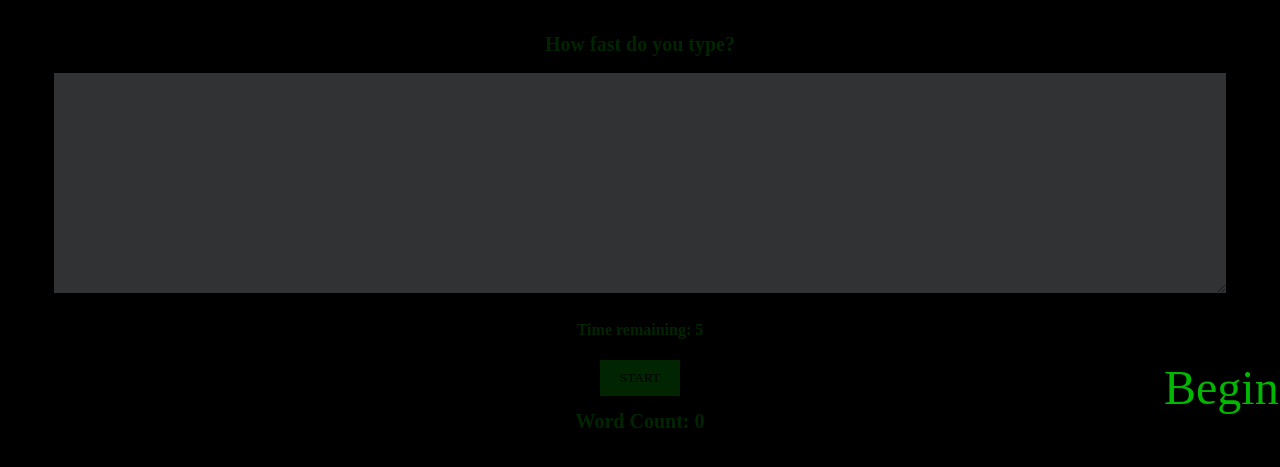
Repository: Lakshyyaa/Speed-Test
Page: /, after clicking the first element matching `button`
The author's editor kept a copy of each file at every save. The page is drawn from the files as they stood at one save, then again after a run of saves.
The browser window is 1280 px wide. The pictures show the whole page.
The page's requests for data from a server got no answer. The project was rebuilt for these pictures with package versions that can differ from the ones it lists, and the page was loaded fresh each time. No one was signed in, and anything a server would have sent is missing. Also part of the build but not shown: src/Logic.js.

Above is the page before, as saved 2023-04-05 15:45:49.

### src/index.js
import React from 'react';
import ReactDOM from 'react-dom/client';
import App from './App';
import reportWebVitals from './reportWebVitals';
import styles from './styles.css'
const root = ReactDOM.createRoot(document.getElementById('root'));
root.render(
  //<React.StrictMode>
    <App />
  //</React.StrictMode>
);
reportWebVitals();

### src/App.js
// correct its css for speed tester
import React, { useState, useEffect, useRef, useContext } from "react";
import Logic from "./Logic";
function App(props) {
  const { handleChange, text, start, areaRef, time, handleStart, count } = Logic()
  const [timerText, setTimerText] = useState(5)
  const [words, setWords]=useState([])
  const countdowndiv = useRef(null)
  const maindiv = useRef(null)
  const countdown = () => {
    countdowndiv.current.style.display = 'block'
    maindiv.current.style.opacity = '0.2'
    timerLoop(5)
  }
  useEffect(() => {
    fetch('https://random-word-api.herokuapp.com/word?number=10')
      .then(x => x.json())
      .then(y => console.log(y))
  },[words])
  function timerLoop(i) {
    if (i > 0) {
      setTimerText(i)
      setTimeout(() => {
        i--
        timerLoop(i)
      }, 1000)
    }
    else if (i === 0) {
      handleStart();
      countdowndiv.current.style.display = 'none'
      maindiv.current.style.opacity = '1'
    }
  }
  return (
    <div>
      <div className="countdown" ref={countdowndiv}>
        Begins in: {timerText}
      </div>
      <div ref={maindiv}>
        <h1>How fast do you type?</h1>
        <textarea
          onChange={handleChange}
          value={text}
          disabled={!start}
          ref={areaRef}

        />
        <h4>Time remaining: {time}</h4>
        <button onClick={() => countdown()} disabled={start}>Start</button>
        {/* cant directly call the wordCount here like handleChange because event listener automatically passes the e */}
        <h1>Word Count: {count}</h1>
      </div>
    </div>
  )
}
export default App;

### src/styles.css
html,
body {
    background: black;
    color: #00b800;
    margin: 0;
    padding: 0;
    padding-top: 10px;
    text-align: center;
    font-family: 'Press Start 2P', cursive;
}

.countdown {
    z-index: 20;
    position: fixed;
    top: 50%;
    left: 50%;
    /* transform: translate(-50%, -50%); */
    font-size: 3rem;
    display: none;
    height: 100%;
    width: 100%;
}

body {
    font-weight: 400;
}

button {
    font-family: 'Press Start 2P', cursive;
    display: block;
    margin: 0 auto;
    border: none;
    background: #a80020;
    background: #00b800;
    padding: 10px 20px;
    text-transform: uppercase;
}

h1 {
    font-size: 20px;
}

textarea {
    font-family: 'Press Start 2P', cursive;
    border: 3px solid black;
    width: 90%;
    margin: 0 auto;
    outline: none;
    height: 200px;
    background: #00b800;
    padding: 10px;
}

button:disabled {
    background-color: aliceblue;
}

textarea:disabled {
    background-color: aliceblue;
}

Loaded but not shown: src/reportWebVitals.js (common file)

After the next 2 saves:
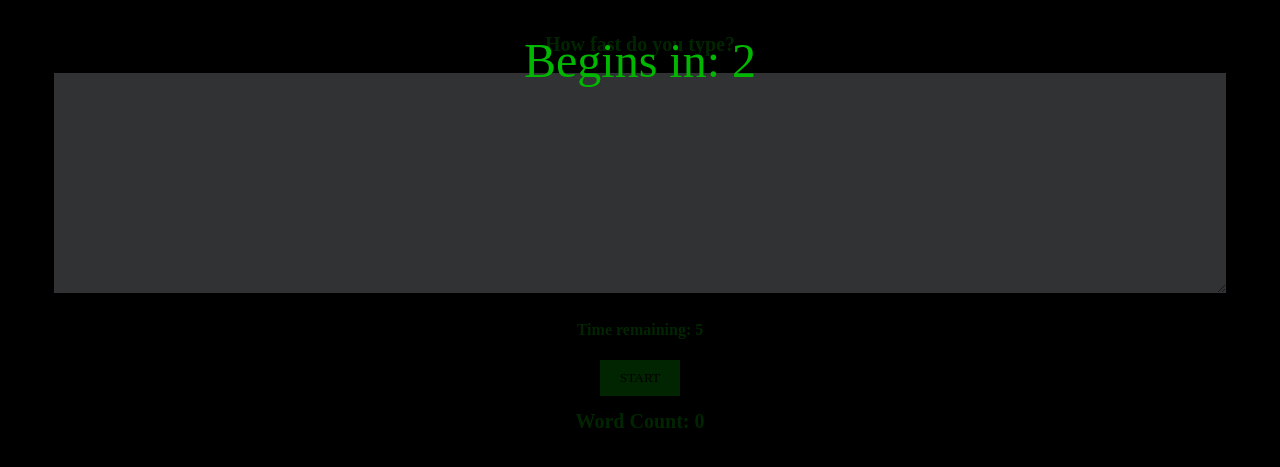
The 2 saves are shown as one change because they came seconds apart.
The last was saved 7 s later.
--- a/src/styles.css
+++ b/src/styles.css
@@ -12,9 +12,9 @@ body {
 .countdown {
     z-index: 20;
     position: fixed;
-    top: 50%;
+    /* top: 50%;
     left: 50%;
-    /* transform: translate(-50%, -50%); */
+    transform: translate(-50%, -50%); */
     font-size: 3rem;
     display: none;
     height: 100%;
